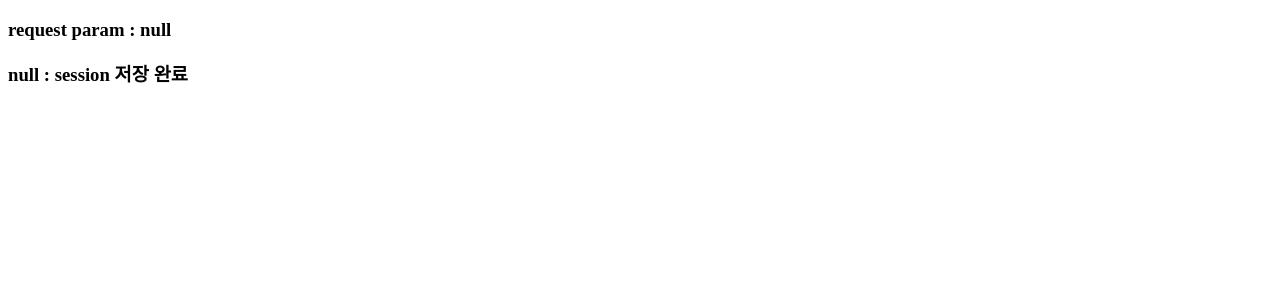
Repository: gitgw016/jsp
Page: http://localhost/09_scope/attrTest2.jsp
The author's editor kept a copy of each file at every save. The page is drawn from the files as they stood at one save, then again after the next save.
The browser window is 1280 px wide. The pictures show the whole page.
The page is served by Tomcat 9.

Above is the page before, as saved 2021-12-08 06:46:53.

### 09_scope/src/main/webapp/attrTest2.jsp
<%@ page language="java" contentType="text/html; charset=UTF-8"
    pageEncoding="UTF-8"%>
<!DOCTYPE html>
<html>
<head>
<meta charset="UTF-8">
<title>Insert title here</title>
</head>
<body>
	<%
		request.setCharacterEncoding("utf-8");
		String email = request.getParameter("email");
		session.setAttribute("email", email);
	%>
	<h3>request param : <%=email%></h3>
	<h3><%=session.getAttribute("email") %> : session 저장 완료</h3>
</body>
</html>

After the next save:
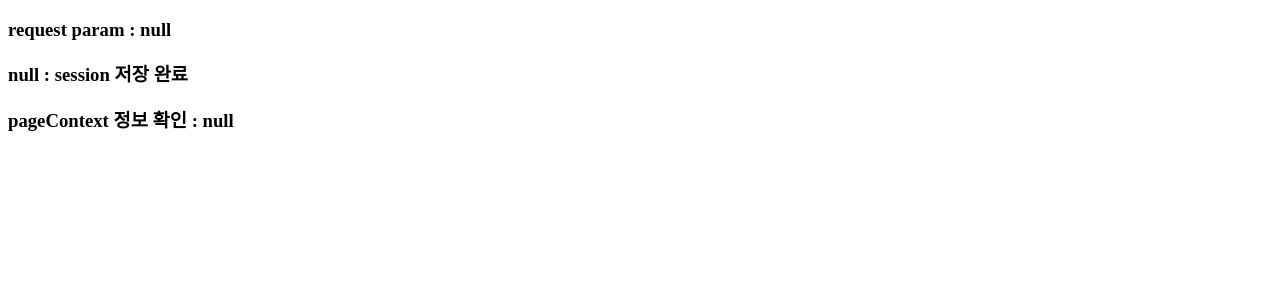
Saved 34 s later.
--- a/09_scope/src/main/webapp/attrTest2.jsp
+++ b/09_scope/src/main/webapp/attrTest2.jsp
@@ -14,5 +14,6 @@
 	%>
 	<h3>request param : <%=email%></h3>
 	<h3><%=session.getAttribute("email") %> : session 저장 완료</h3>
+	<h3>pageContext 정보 확인 : <%=pageContext.getAttribute("pageContextId") %></h3>
 </body>
 </html>
